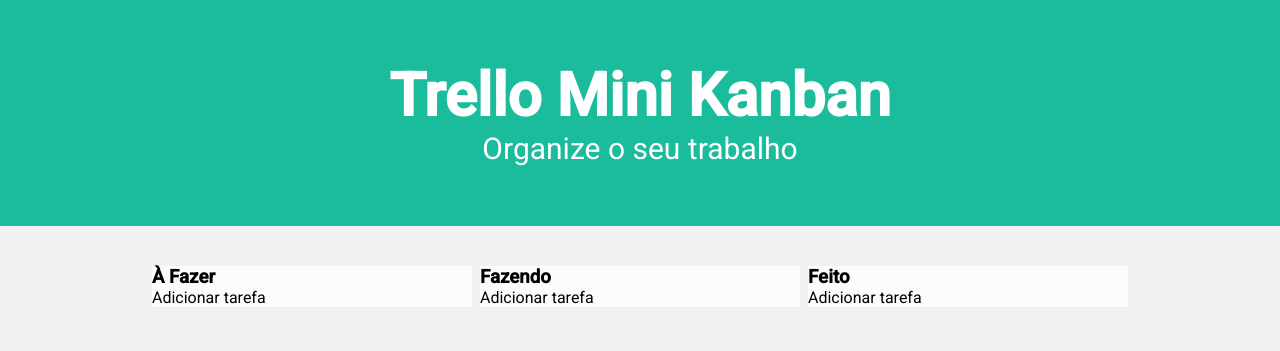
Repository: douglasabnovato/byteclass
Page: trello-mini-kanban/index.html
The author's editor kept a copy of each file at every save. The page is drawn from the files as they stood at one save, then again after the next save.
The browser window is 1280 px wide. The pictures show the whole page.

Above is the page before, as saved 2025-07-31 20:52:53.

After the next save:
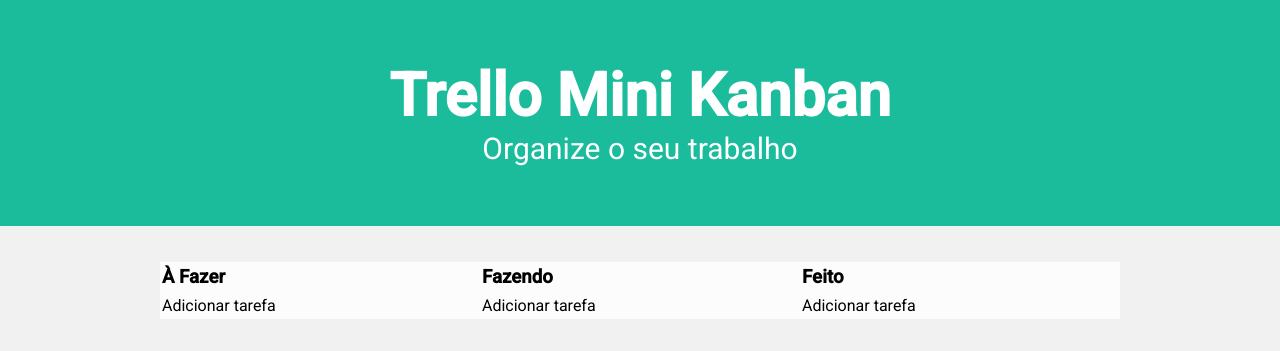
Saved 13 min 2 s later.
--- a/trello-mini-kanban/style.css
+++ b/trello-mini-kanban/style.css
@@ -18,7 +18,6 @@
   font-size: 30px;
 }
 
-
 main {
   display: flex;
   flex-wrap: wrap;
@@ -29,9 +28,11 @@
 .board {
   display: flex;
   flex-direction: column;
+  gap: 4px;
+  padding-block: 4px;
+  padding-inline: 2px;
   width: 320px;
   background-color: rgba(255, 255, 255, 0.8);
-  margin: 4px;
 }
 
 /*
